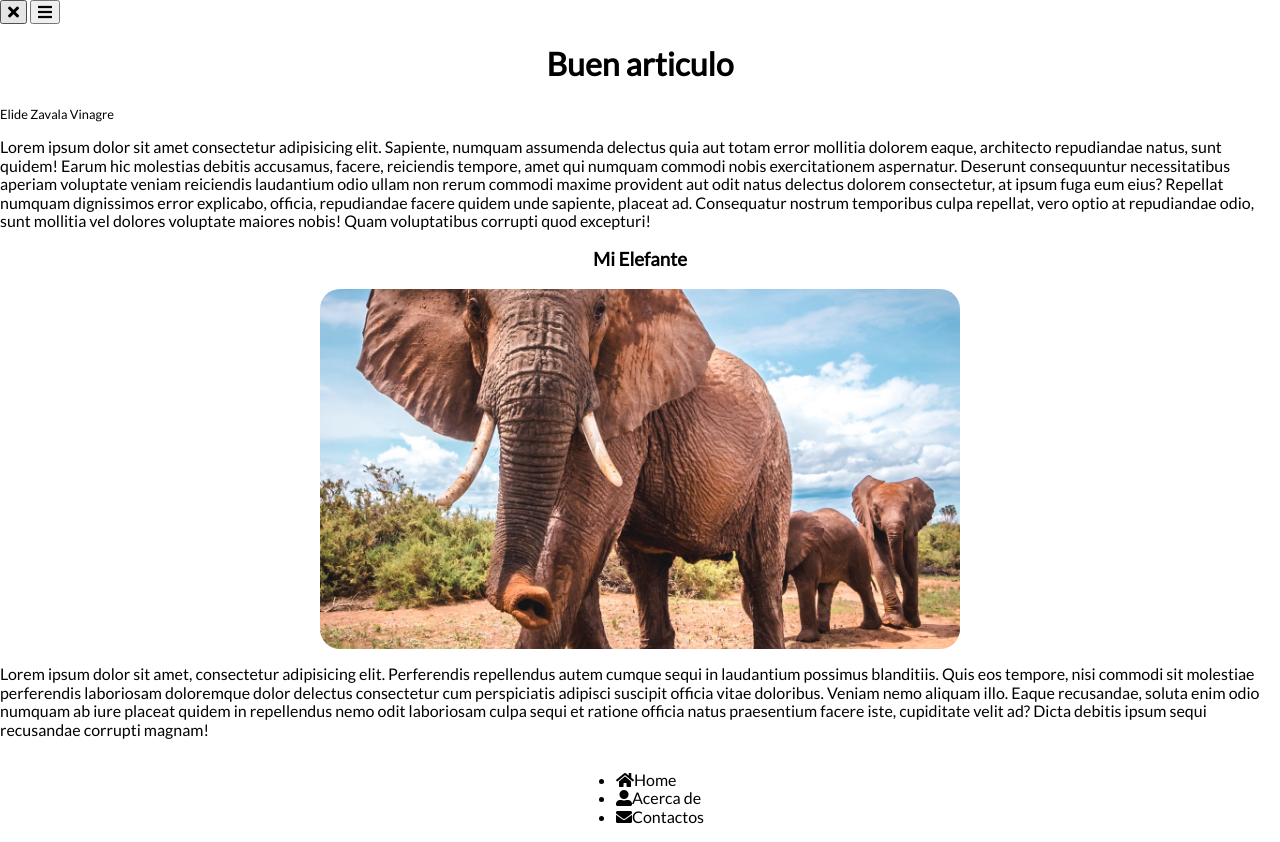
Repository: ElideZavala/Navagacion-en-rotacion
Page: index.html
These files come from the project's save history. The page is drawn as it stood at one moment and after the next save; the edit follows.
The browser window is 1280 px wide. The pictures show the whole page.

Above is the page before, as saved 2021-05-29 08:33:40.

### index.html
<!DOCTYPE html>
<html lang="en">
<head>
	<meta charset="UTF-8">
	<meta http-equiv="X-UA-Compatible" content="IE=edge">
	<meta name="viewport" content="width=device-width, initial-scale=1.0">
	<link rel="stylesheet" href="https://cdnjs.cloudflare.com/ajax/libs/font-awesome/5.15.3/css/all.min.css" integrity="sha512-iBBXm8fW90+nuLcSKlbmrPcLa0OT92xO1BIsZ+ywDWZCvqsWgccV3gFoRBv0z+8dLJgyAHIhR35VZc2oM/gI1w==" crossorigin="anonymous" referrerpolicy="no-referrer" />
	<link rel="stylesheet" href="style.css">
	<link rel="stylesheet" href="normalize.css">
	<title>Navegación Giratoria</title>
</head>
<body>
	<div class="container">
		<div class="circle-container">
			<div class="circle">
				<button id="close">
					<i class="fas fa-times"></i>
				</button>
				<button id="open">
					<i class="fas fa-bars"></i>
				</button>
			</div>
		</div>

		<div class="content">
			<h1 class="title">Buen articulo</h1>
			<small>Elide Zavala Vinagre</small>
			<p>Lorem ipsum dolor sit amet consectetur adipisicing elit. Sapiente, numquam assumenda delectus quia aut totam error mollitia dolorem eaque, architecto repudiandae natus, sunt quidem! Earum hic molestias debitis accusamus, facere, reiciendis tempore, amet qui numquam commodi nobis exercitationem aspernatur. Deserunt consequuntur necessitatibus aperiam voluptate veniam reiciendis laudantium odio ullam non rerum commodi maxime provident aut odit natus delectus dolorem consectetur, at ipsum fuga eum eius? Repellat numquam dignissimos error explicabo, officia, repudiandae facere quidem unde sapiente, placeat ad. Consequatur nostrum temporibus culpa repellat, vero optio at repudiandae odio, sunt mollitia vel dolores voluptate maiores nobis! Quam voluptatibus corrupti quod excepturi!</p>

			<h3 class="title">Mi Elefante</h3>
			<img class="img" src="./Elefante.jpg" alt="Elefante">
			<p>Lorem ipsum dolor sit amet, consectetur adipisicing elit. Perferendis repellendus autem cumque sequi in laudantium possimus blanditiis. Quis eos tempore, nisi commodi sit molestiae perferendis laboriosam doloremque dolor delectus consectetur cum perspiciatis adipisci suscipit officia vitae doloribus. Veniam nemo aliquam illo. Eaque recusandae, soluta enim odio numquam ab iure placeat quidem in repellendus nemo odit laboriosam culpa sequi et ratione officia natus praesentium facere iste, cupiditate velit ad? Dicta debitis ipsum sequi recusandae corrupti magnam!</p>
		</div>
	</div>

	<nav>
		<ul>
			<li><i class="fas fa-home"></i>Home</li>
			<li><i class="fas fa-user-alt"></i>Acerca de</li>
			<li><i class="fas fa-envelope"></i>Contactos</li>
		</ul>
	</nav>



	<script src="./script.js"></script>
</body>
</html>

### style.css
@import url('https://fonts.googleapis.com/css?family=Lato&display=swap');

* {
	box-sizing: border-box;
}

body {
	font-family: 'Lato', sans-serif;
	display: flex;
	flex-direction: column;
	align-items: center;
}

.title {
	text-align: center;
}

.img{
	width: 50vw;
	height: 50vh;
	display: flex;
	margin: auto;
	border-radius: 20px;
	object-fit: cover;
}

Loaded but not shown: normalize.css (library); script.js (no stored copy; drawn as an empty file)

After the next save:
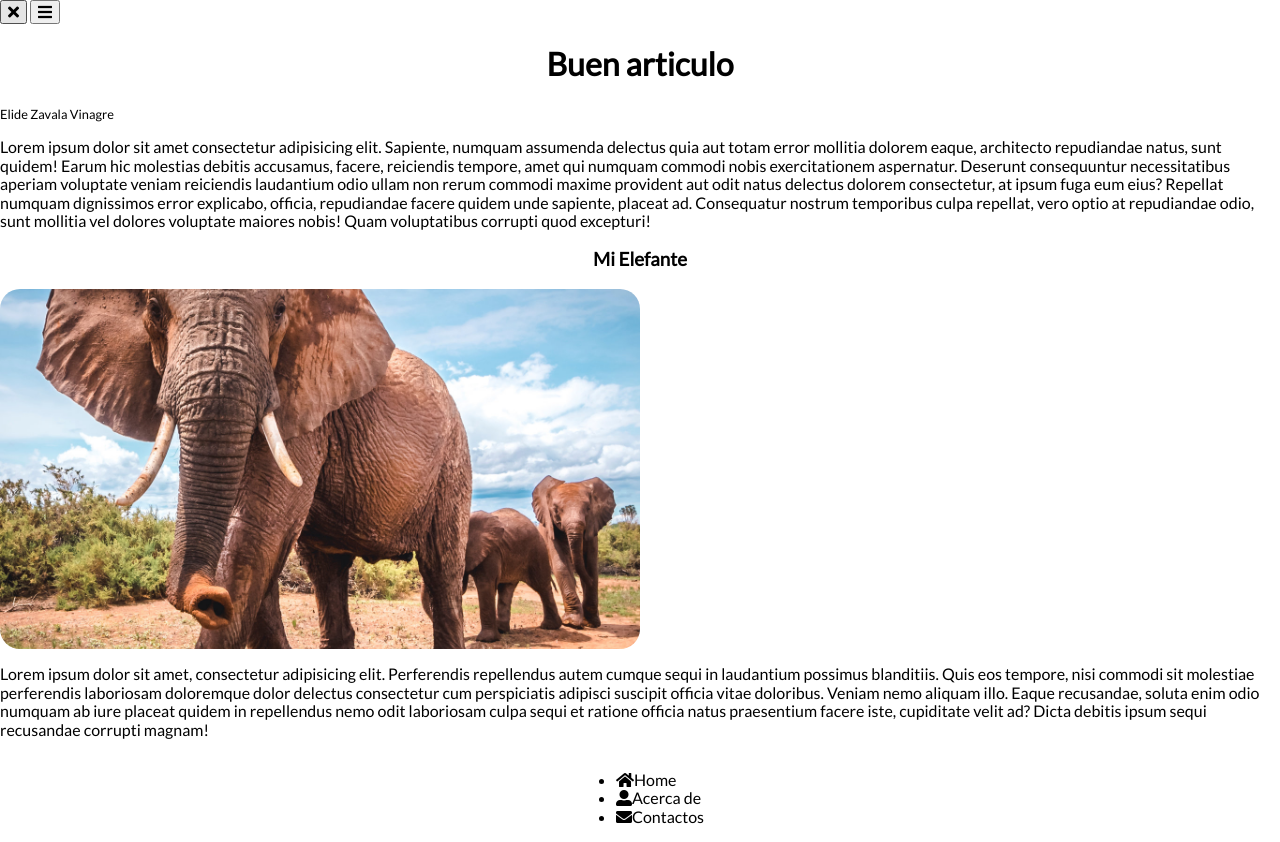
Saved 14 s later.
--- a/style.css
+++ b/style.css
@@ -9,6 +9,7 @@ body {
 	display: flex;
 	flex-direction: column;
 	align-items: center;
+
 }
 
 .title {
@@ -19,7 +20,7 @@ body {
 	width: 50vw;
 	height: 50vh;
 	display: flex;
-	margin: auto;
+	/* margin: auto; */
 	border-radius: 20px;
 	object-fit: cover;
 }
